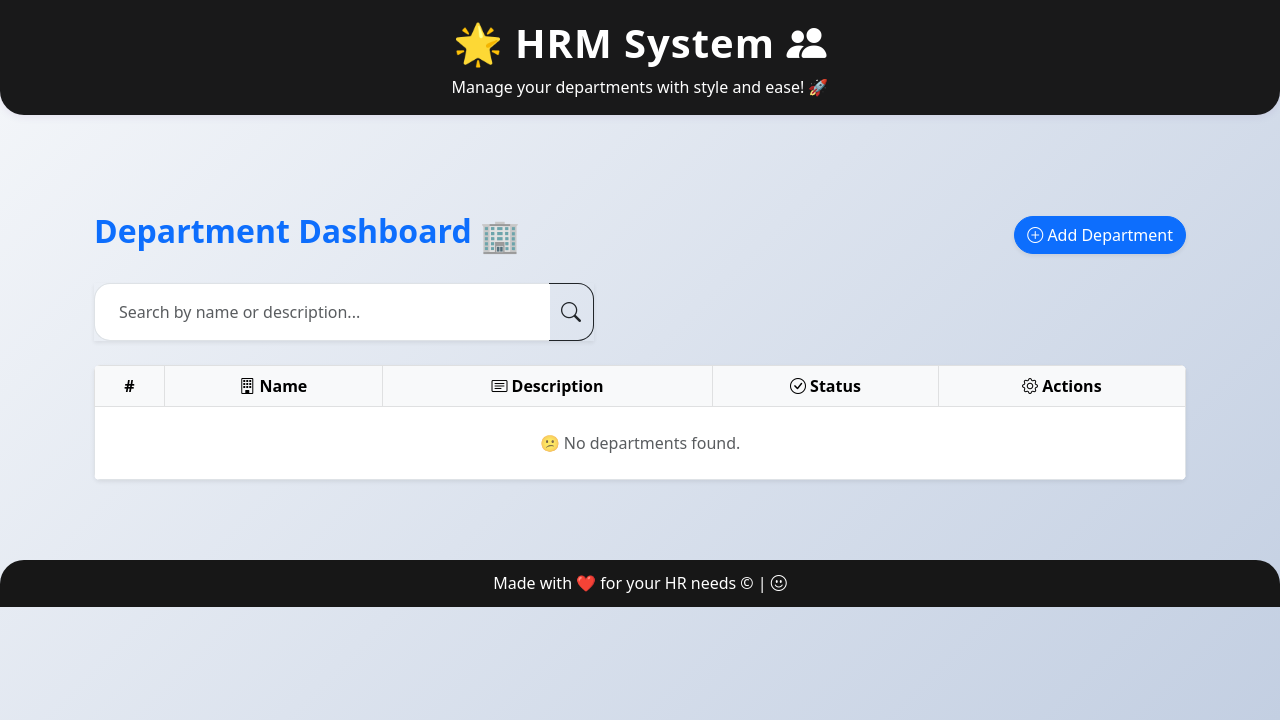
Repository: rtrupti09/HRMS
Page: hrm_system/templates/department/dashboard.html
The author's editor kept a copy of each file at every save. The page is drawn from the files as they stood at one save, then again after the next save.
The browser window is 1280 px wide. The pictures show the whole page.
The page is served by the project's application, run on Django 5.2 (hrm_system/manage.py). Other server files are loaded and not shown. The template is opened directly, without the code that normally fills it, so the values that code supplies are empty.

Above is the page before, as saved 2025-06-22 15:50:43.

### hrm_system/templates/department/dashboard.html
{% extends "base.html" %}

{% block extra_head %}
<link rel="stylesheet" href="https://cdn.jsdelivr.net/npm/bootstrap-icons@1.10.5/font/bootstrap-icons.css">
{% endblock %}

{% block content %}
<div class="container py-5">
    <!-- Header -->
    <div class="d-flex align-items-center justify-content-between mb-4">
        <div class="d-flex align-items-center">
            <h2 class="me-2 text-primary fw-bold">Department Dashboard</h2>
            <span class="fs-2">🏢</span>
        </div>
        <a href="{% url 'add_department' %}" class="btn btn-primary shadow-sm" style="border-radius: 30px;">
            <i class="bi bi-plus-circle"></i> Add Department
        </a>
    </div>

<!-- Stylish Search Form -->
<form method="get" class="input-group mb-4 shadow-sm" style="max-width: 500px;">
    <input type="text" name="search" value="{{ search }}"
           class="form-control px-4 py-3 border-end-0 rounded-start-4"
           placeholder="Search by name or description..."
           style="font-size: 1rem;">
    <button class="btn btn-outline-dark border-start-0 rounded-end-4" type="submit">
        <i class="bi bi-search fs-5"></i>
    </button>
</form>


    <!-- Department Table -->
    <div class="table-responsive rounded shadow-sm">
        <table class="table table-bordered table-hover align-middle mb-0" style="background-color: #ffffff;">
            <thead class="table-light">
                <tr class="text-center">
                    <th>#</th>
                    <th><i class="bi bi-building"></i> Name</th>
                    <th><i class="bi bi-card-text"></i> Description</th>
                    <th><i class="bi bi-check-circle"></i> Status</th>
                    <th><i class="bi bi-gear"></i> Actions</th>
                </tr>
            </thead>
            <tbody>
                {% for dept in departments %}
                <tr class="text-center">
                    <td>{{ forloop.counter }}</td>
                    <td class="fw-semibold text-capitalize text-dark">{{ dept.dept_name }}</td>
                    <td class="text-muted">{{ dept.description }}</td>
                    <td>
                        {% if dept.status %}
                            <span class="badge bg-success px-3 py-2 rounded-pill">Active ✅</span>
                        {% else %}
                            <span class="badge bg-danger px-3 py-2 rounded-pill">Inactive ❌</span>
                        {% endif %}
                    </td>
                    <td>
                        <a href="{% url 'edit_department' dept.id %}" class="btn btn-sm btn-outline-warning rounded-pill me-1">
                            <i class="bi bi-pencil-square"></i> Edit
                        </a>
                        <a href="{% url 'delete_department' dept.id %}" class="btn btn-sm btn-outline-danger rounded-pill">
                            <i class="bi bi-trash"></i> Delete
                        </a>
                    </td>
                </tr>
                {% empty %}
                <tr>
                    <td colspan="5" class="text-center text-muted py-4">😕 No departments found.</td>
                </tr>
                {% endfor %}
            </tbody>
        </table>
    </div>
</div>
{% endblock %}

### hrm_system/templates/base.html
<!-- templates/base.html -->
<!DOCTYPE html>
<html lang="en">
<head>
    <meta charset="UTF-8">
    <title>HRM System</title>
    <meta name="viewport" content="width=device-width, initial-scale=1">
    <link href="https://cdn.jsdelivr.net/npm/bootstrap@5.3.0/dist/css/bootstrap.min.css" rel="stylesheet">
    <link rel="stylesheet" href="https://cdn.jsdelivr.net/npm/bootstrap-icons@1.10.5/font/bootstrap-icons.css">
    <style>
        body {
            background: linear-gradient(135deg, #f5f7fa 0%, #c3cfe2 100%);
            min-height: 100vh;
        }
        .hrm-header {
            background: #19191a;
            color: #fff;
            padding: 1.2rem 0 1rem 0;
            border-radius: 0 0 24px 24px;
            box-shadow: 0 2px 8px rgba(75,0,130,0.08);
            margin-bottom: 2rem;
        }
        .hrm-footer {
            background: #171717;
            color: #fff;
            text-align: center;
            padding: 0.7rem 0;
            border-radius: 24px 24px 0 0;
            margin-top: 2rem;
            font-size: 1rem;
        }
    </style>
    {% block extra_head %}{% endblock %}
</head>
<body>
    <div class="hrm-header text-center">
        <h1 style="font-weight:bold; letter-spacing:1px;">🌟 HRM System <i class="bi bi-people-fill"></i></h1>
        <p class="mb-0">Manage your departments with style and ease! 🚀</p>
    </div>
    <div class="container pt-3">
        {% if messages %}
        <div>
            {% for message in messages %}
                <div class="alert alert-{{ message.tags }} alert-dismissible fade show" role="alert">
                    {{ message }}
                    <button type="button" class="btn-close" data-bs-dismiss="alert"></button>
                </div>
            {% endfor %}
        </div>
        {% endif %}
        {% block content %}{% endblock %}
    </div>
    <div class="hrm-footer">
        <span>Made with ❤️ for your HR needs &copy; {{ now|date:'Y' }} | <i class="bi bi-emoji-smile"></i></span>
    </div>
</body>
</html>

### hrm_system/hrm_system/urls.py
"""
URL configuration for hrm_system project.

The `urlpatterns` list routes URLs to views. For more information please see:
    https://docs.djangoproject.com/en/5.2/topics/http/urls/
Examples:
Function views
    1. Add an import:  from my_app import views
    2. Add a URL to urlpatterns:  path('', views.home, name='home')
Class-based views
    1. Add an import:  from other_app.views import Home
    2. Add a URL to urlpatterns:  path('', Home.as_view(), name='home')
Including another URLconf
    1. Import the include() function: from django.urls import include, path
    2. Add a URL to urlpatterns:  path('blog/', include('blog.urls'))
"""
# hrm_system/urls.py

from django.contrib import admin
from django.urls import path, include
from django.shortcuts import redirect

urlpatterns = [
    path('admin/', admin.site.urls),
    path('departments/', include('department.urls')),
    path('accounts/', include('django.contrib.auth.urls')),  # ✅ Add this line
    path('', lambda request: redirect('department_dashboard')),
]

### hrm_system/department/urls.py
# department/urls.py
from django.urls import path
from . import views

urlpatterns = [
    path('', views.department_dashboard, name='department_dashboard'),
    path('add/', views.add_department, name='add_department'),
    path('edit/<int:dept_id>/', views.edit_department, name='edit_department'),
    path('delete/<int:dept_id>/', views.delete_department, name='delete_department'),
]

After the next save:
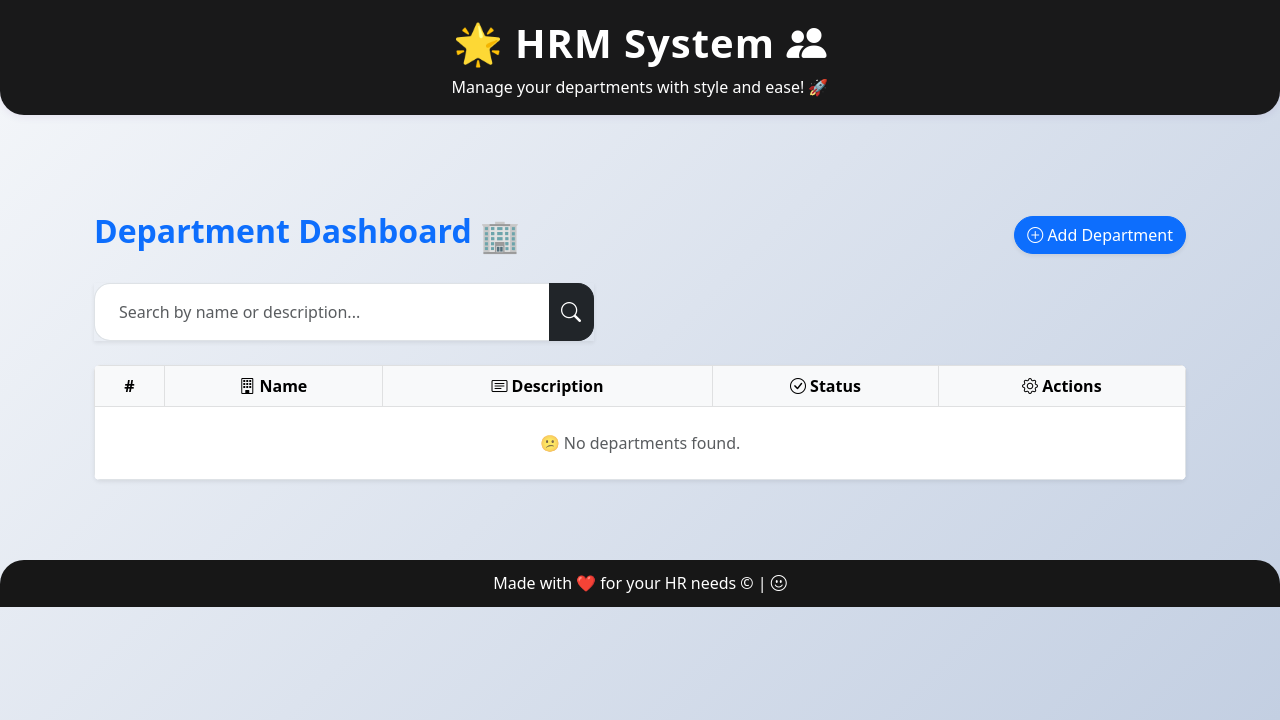
Saved 35 s later.
--- a/hrm_system/templates/department/dashboard.html
+++ b/hrm_system/templates/department/dashboard.html
@@ -23,7 +23,7 @@
            class="form-control px-4 py-3 border-end-0 rounded-start-4"
            placeholder="Search by name or description..."
            style="font-size: 1rem;">
-    <button class="btn btn-outline-dark border-start-0 rounded-end-4" type="submit">
+    <button class="btn btn-dark border-start-0 rounded-end-4" type="submit">
         <i class="bi bi-search fs-5"></i>
     </button>
 </form>
